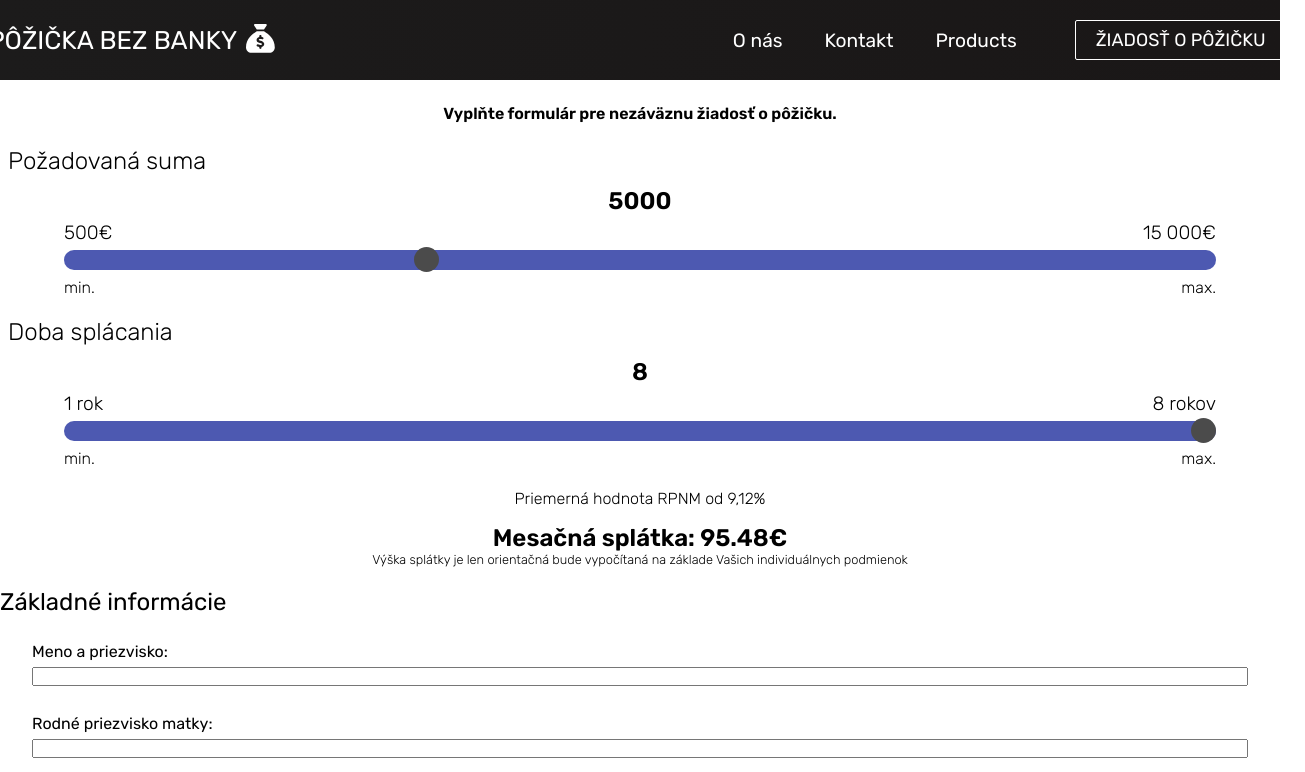
Repository: steve-lgtm/React-website-pozickabezbanky
Page: /ziadost
An editor plug-in stored every save of this project. The page is shown before and after the next save, followed by the edit.
The browser window is 1280 px wide. The page is 1305 px wide, so the pictures cover 1305 px, including what lies to the right of the window. The pictures show the whole page.
Some web libraries are served in a nearby version. The project was rebuilt for these pictures with package versions that can differ from the ones it lists, and the page was loaded fresh each time. Also part of the build but not shown: src/components/pages/Home.js, src/components/pages/Kontakt.js, src/components/pages/Products.js.

Above is the page before, as saved 2022-07-10 15:38:17.

After the next save:
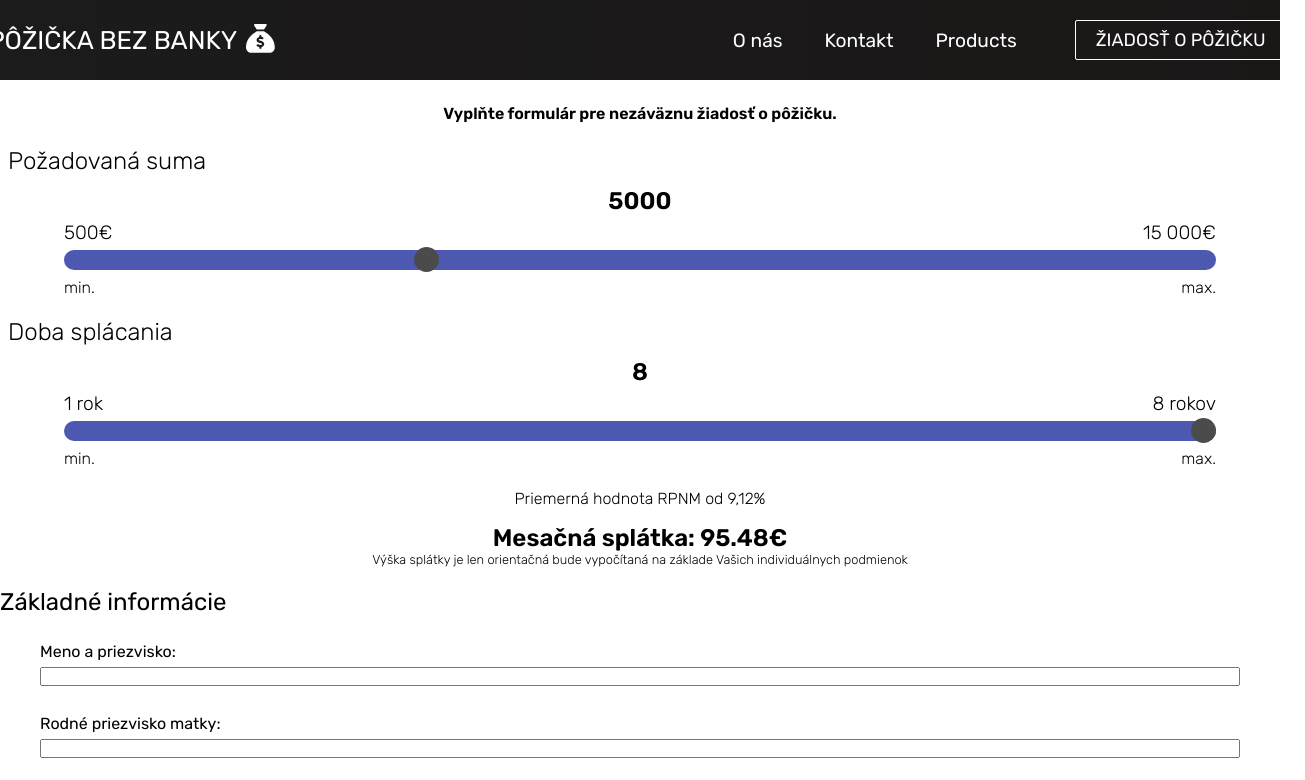
Saved 20 s later.
--- a/src/components/pages/Ziadost.css
+++ b/src/components/pages/Ziadost.css
@@ -84,6 +84,7 @@
     flex-direction: column;
     justify-content:space-around;
     height: 20vh;
+    margin: 0.5em;
 }
 .personal-data-field{
     display: flex;

After the save that followed:
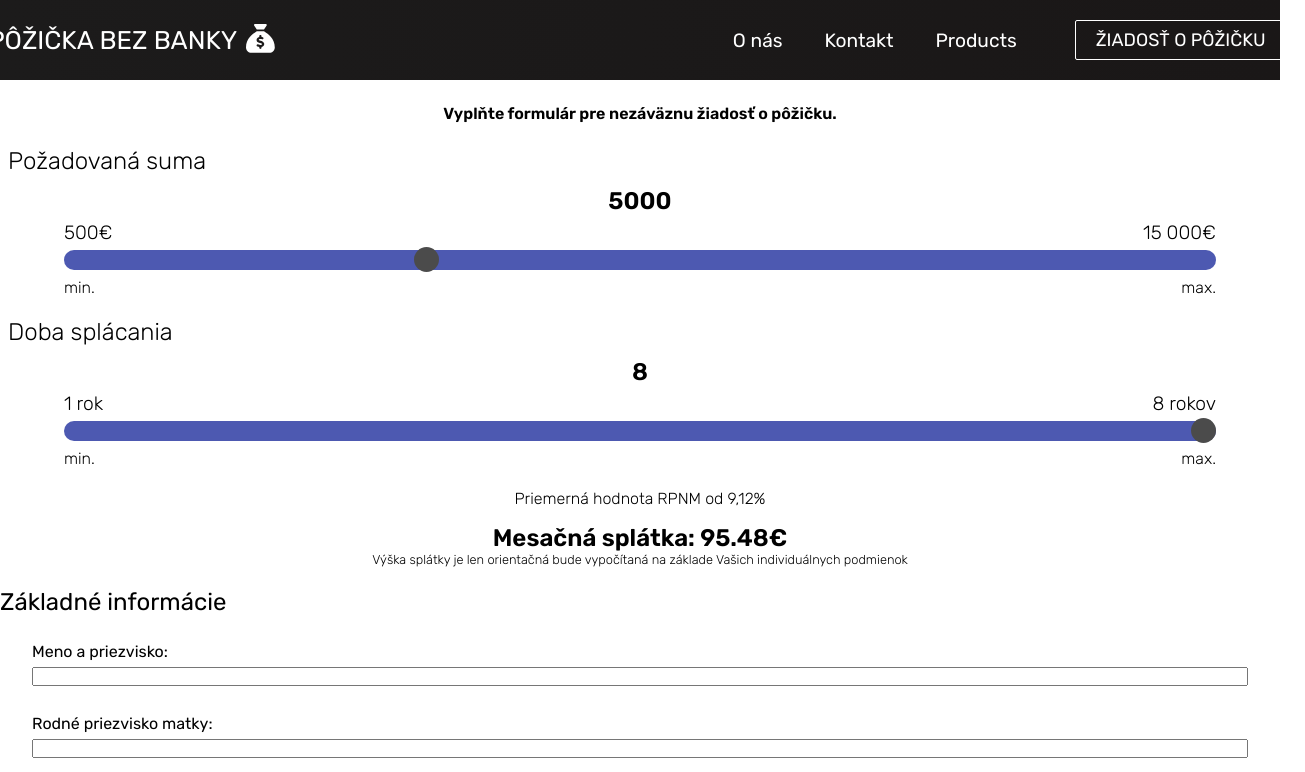
Saved 10 s later.
--- a/src/components/pages/Ziadost.css
+++ b/src/components/pages/Ziadost.css
@@ -84,7 +84,7 @@
     flex-direction: column;
     justify-content:space-around;
     height: 20vh;
-    margin: 0.5em;
+
 }
 .personal-data-field{
     display: flex;
